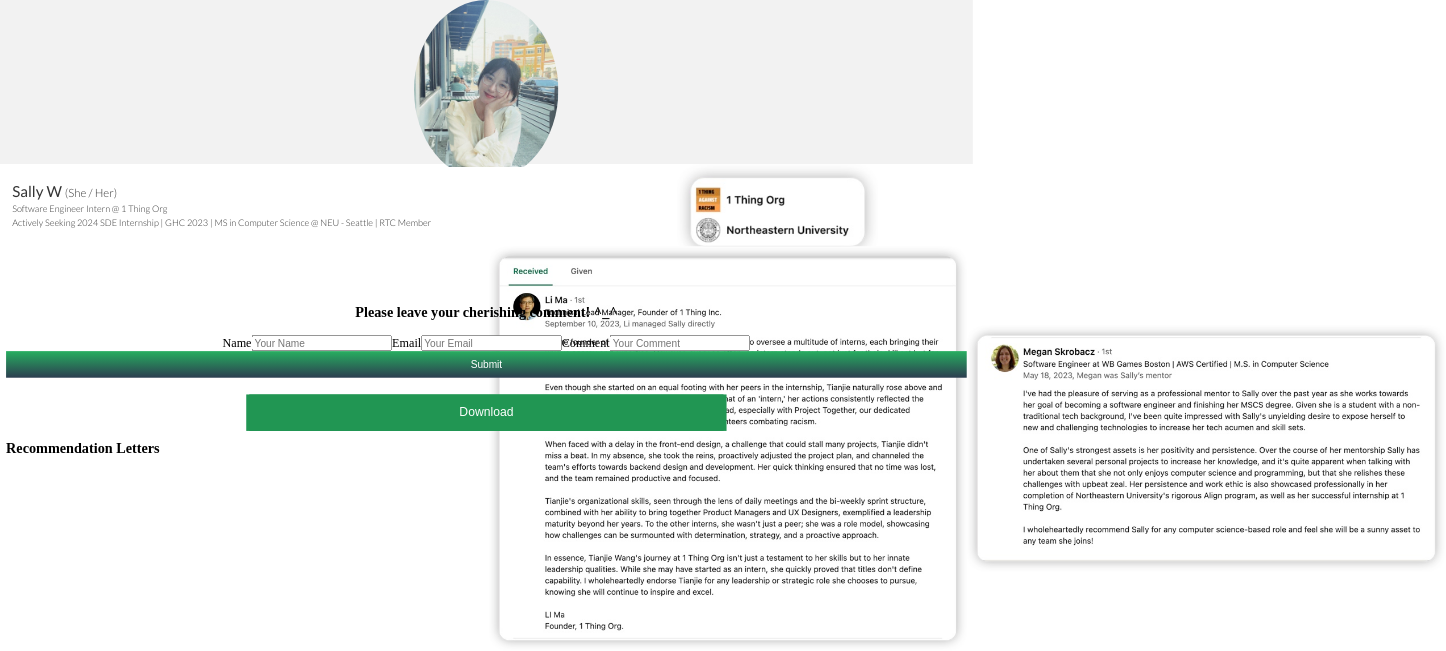
Repository: tianjiewang2022/digital-namecard
Page: recommendation_page.html
An editor plug-in stored every save of this project. The page is shown before and after the next save, followed by the edit.
The browser window is 1280 px wide. The page is 1902 px wide, then 1692 px, so the pictures cover 1902 px, including what lies to the right of the window. The pictures show the whole page, at 76% of full size.
Some web fonts or font styles are not loaded; a fallback is used.

Above is the page before, as saved 2023-10-16 00:42:08.

### recommendation_page.html
<!DOCTYPE html>
<html>

    <head>
        <link rel="stylesheet" href="main.css">
        <link href='https://fonts.googleapis.com/css?family=Lato:200,300,400,700' rel='stylesheet' type='text/css'>
        <link href="https://fonts.googleapis.com/css?family=Muli:200,300" rel="stylesheet">
        <meta name="viewport" content="width=device-width, initial-scale=1, shrink-to-fit=no">
    </head>

    <body>
        <section class="bg-color-grey banner">
            <div class="container">
                <div class="row">
                    <div class="col"></div>
                    <div class="col is-5">
                        <img class="profile-pic" src="E4CDA194-B414-4D9C-A781-2C7693C33BDE.JPG" alt="Profile Picture">
                    </div>
                    <div class="col"></div>
                </div>
            </div>
        </section>

        <section class="bg-color-white primary-info">
            <div class="container">
                <div class="row name-title-company">
                    <div class="col is-6">
                        <p class="text-name">Sally W <span>(She / Her)</span></p>
                        <p class="text-title-company">Software Engineer Intern @ 1 Thing Org</p>
                        <p class="text-title-company">Actively Seeking 2024 SDE Internship | GHC 2023 | MS in Computer
                            Science @ NEU - Seattle | RTC Member</p>
                    </div>
                    <div class="col">
                        <img src="iShot_2023-09-12_11.27.03.jpg" alt="Company Logo">
                    </div>
                </div>
            </div>
        </section>
        <section class="bg-color-white secondary-info">
            <div class="container grid-container">
                <h3>Recommendation Letters</h3>
                <div class="image-container">
                    <img src="Recommendation_Manager.jpg" alt="Recommendation from Manager">
                    <img src="Recommendation_Mentor.jpg" alt="Recommendation from Mentor">
                </div>
            </div>
        </section>

        <section class="bg-color-white secondary-info">
            <div class="container table-container">
                <h3>Please leave your cherishing comment! ^_^</h3>
                <table>
                    <label for="name">Name</label>
                    <input type="text" id="name" name="name" placeholder="Your Name">

                    <label for="email">Email</label>
                    <input type="email" id="email" name="email" placeholder="Your Email">

                    <label for="message">Comment</label>
                    <input type="text" id="message" name="message" placeholder="Your Comment">

                    <button type="submit">Submit</button>
                </table>
            </div>
        </section>

        <section class="bg-color-white bottom">
            <div class="container">
                <div class="row">
                    <div class="col"></div>
                    <div class="col is-5">
                        <div class="button">
                            <a href="user.vcf">
                                <p class="button">Download</p>
                            </a>
                        </div>
                    </div>
                    <div class="col"></div>
                </div>
            </div>
        </section>

    </body>

</html>

### main.css
html,
body {
	height: 100%;
	width: 100%;
	margin: 0;
	justify-content: center;
}

section {
	display: block;
	padding-left: 0.5rem;
	padding-right: 0.5rem;
	height: auto;
}

p {
	margin: 0.25rem !important;
}

a {
	text-decoration: none;
}

img {
	display: block;
	margin-left: auto;
	margin-right: auto;
	max-height: 100%;
	max-width: 100%;
	height: auto;
	width: auto;
	object-fit: contain;
}

img.profile-pic {
	height: 30%;
	width: 30%;
	object-fit: cover;
	border-radius: 50%;
}

.container {
	margin: 0 auto;
	position: relative;
	height: 100%;
}

.row {
	display: flex;
	justify-content: center;
	align-items: center;
	flex-wrap: nowrap;
	flex-direction: row;
	position: relative;
	height: 100%;
	width: 100%;
}

.col {
	display: block;
	flex-basis: 0;
	flex-grow: 1;
	flex-shrink: 1;
	margin: 0;
	padding: 0.25rem;
	max-width: 100%;
	max-height: 100%;
	overflow: auto;
}

.col.is-1 {
	flex: none;
	width: 10%;
}

.col.is-2 {
	flex: none;
	width: 20%;
}

.col.is-3 {
	flex: none;
	width: 30%;
}

.col.is-4 {
	flex: none;
	width: 40%;
}

.col.is-5 {
	flex: none;
	width: 50%;
}

.col.is-6 {
	flex: none;
	width: 60%;
}

.col.is-7 {
	flex: none;
	width: 70%;
}

.col.is-8 {
	flex: none;
	width: 80%;
}

.col.is-9 {
	flex: none;
	width: 90%;
}

.col.is-10 {
	flex: none;
	width: 100%;
}

.name-title-company {
	height: 100%;
}

.banner {
	height: 30%;
}

.primary-info {
	height: 15%;
}

.secondary-info {
	height: 8%;
}

.bg-color-grey {
	background-color: #F2F2F2;
}

.bg-color-white {
	background-color: white;
}

.text-name {
	font-family: 'Lato', sans-serif;
	font-weight: 400;
	color: #333333;
	font-size: 20px;
}

.text-name span {
	font-family: 'Lato', sans-serif;
	font-weight: 200;
	color: #333333;
	font-size: 15px;
}

.text-title-company {
	font-family: 'Lato', sans-serif;
	font-weight: 200;
	color: #333333;
	font-size: 12px;
}

.text-detail {
	font-family: 'Lato', sans-serif;
	font-weight: 300;
	color: #575757;
	font-size: 12px;
}

.bottom {
	height: 23%;
}

.button {
	background-color: #219653;
	height: 48px;
	padding-left: 24px padding-right: 24px;
	text-align: center;
	vertical-align: middle;
	line-height: 48px;
	font-family: 'Muli', sans-serif;
	color: white;
	font-weight: 300;
}

@media screen and (max-width: 600px) {
	img.profile-pic {
		height: 60%;
		width: 60%;
	}
}

@media screen and (max-width: 480px) {
	img.profile-pic {
		height: 80%;
		width: 80%;
	}
}

.table-container {
	margin: 0 auto;
	/* This centers the container horizontally */
	text-align: center;
	/* This centers the contents of the container */
}


/* CSS for the Submit button */
button {
	width: 100%;
	background: linear-gradient(to bottom, #27ae60, #2c3e50);
	color: white;
	border: none;
	padding: 10px;
	cursor: pointer;
}

/* CSS for button hover effect */
button:hover {
	cursor: pointer;
}

table {
	width: 100%;
	justify-content: center;
	border-collapse: collapse;
	margin-top: 10px;
}

th,
td {
	border: 1px solid #ccc;
	padding: 10px;
	text-align: center;
}

th {
	background-color: #f2f2f2;
}

.grid-container {
	display: grid;
	grid-template-columns: repeat(2, 1fr);
	/* Two columns with equal width */
	gap: 5px;
	/* Add some spacing between grid items */
	align-items: center;
}

/* Add this CSS to your main.css or in a <style> element in the HTML */
.image-container {
	display: flex;
	/* Use flexbox to arrange the images horizontally */
	justify-content: space-between;
	/* Create space between the images */
	align-items: center;
	/* Vertically center the images within the container */
}

.image-container img {
	max-width: 100%;
	/* Ensure images don't exceed their container's width */
	height: auto;
	/* Maintain the aspect ratio of the images */
}

After the next save:
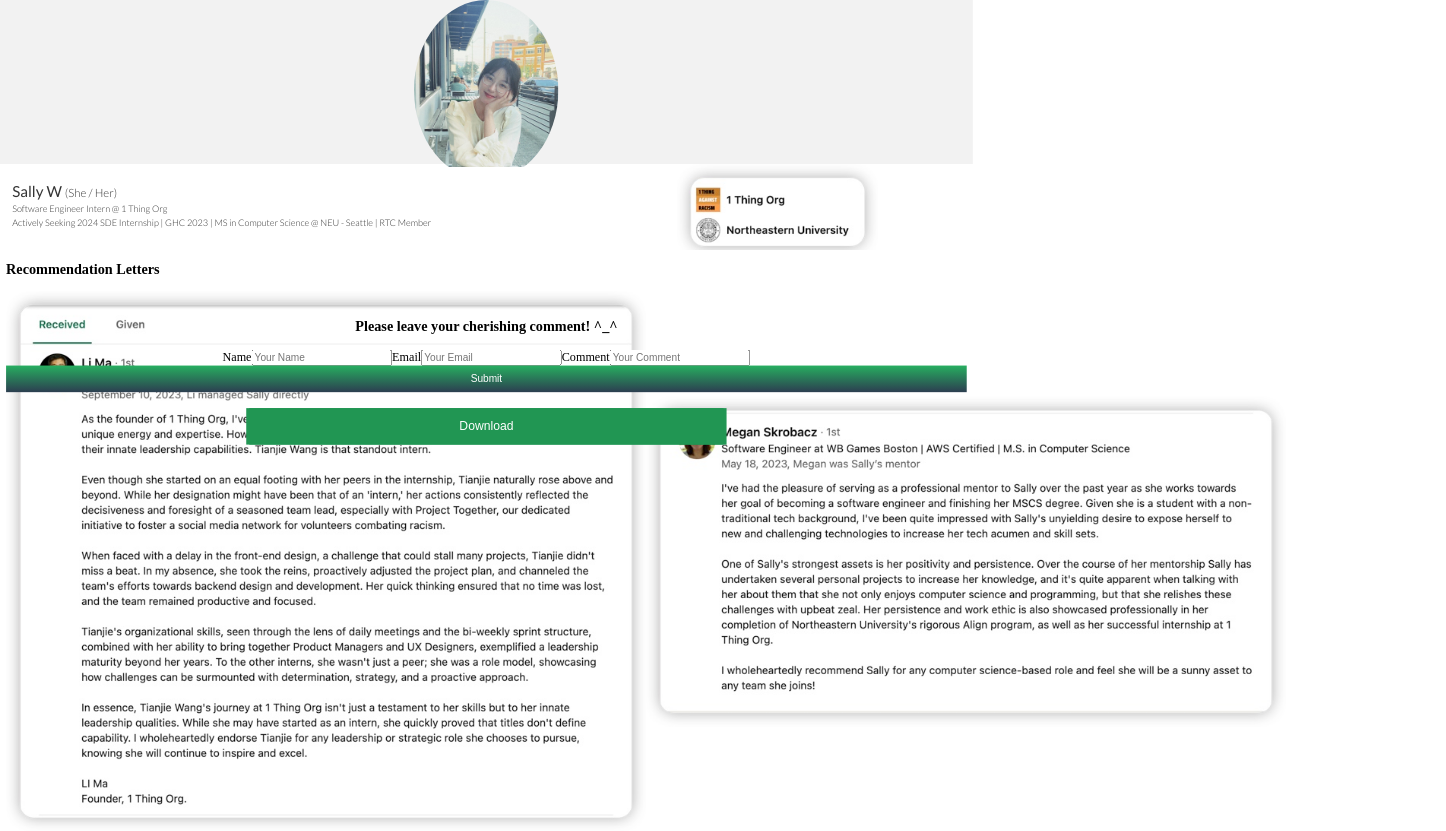
Saved 8 s later.
--- a/recommendation_page.html
+++ b/recommendation_page.html
@@ -37,7 +37,7 @@
             </div>
         </section>
         <section class="bg-color-white secondary-info">
-            <div class="container grid-container">
+            <div class="container">
                 <h3>Recommendation Letters</h3>
                 <div class="image-container">
                     <img src="Recommendation_Manager.jpg" alt="Recommendation from Manager">
